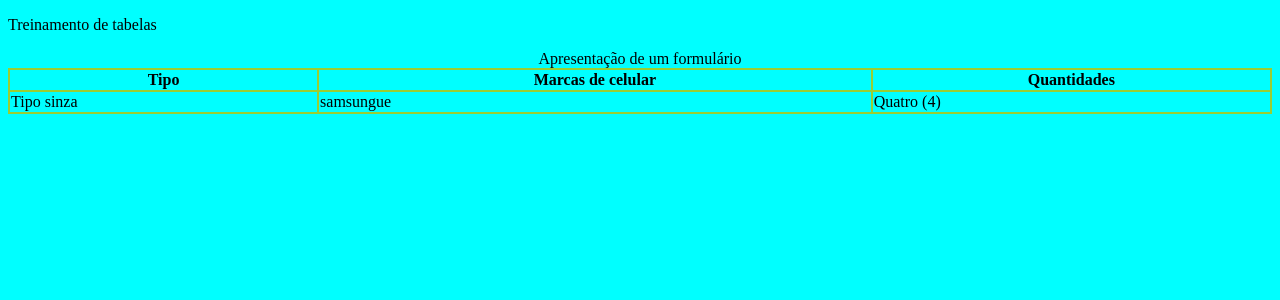
Repository: Vilmar-Freire/ESTUDOS-01-vilmar
Page: workspaces/SO-FIXAÇÃO-HTML/tabela.html
An editor plug-in stored every save of this project. The page is shown before and after the next save, followed by the edit.
The browser window is 1280 px wide. The pictures show the whole page.

Above is the page before, as saved 2026-08-17 13:33:16.

### workspaces/SO-FIXAÇÃO-HTML/tabela.html
<!DOCTYPE html>
<html lang="pt-BR">
<head>
    <meta charset="UTF-8">
    <meta name="language" content="pt-BR">
    <meta name="keywords" content="Programacao, html, css, JavaScript">
    <meta name="author" content="Vilmar Freire">
    <meta name="description" content="Tabelas">
    <link rel="stylesheet" href="./tabela.css">
    <meta name="viewport" content="width=device-width, initial-scale=1.0">
    <title>Tabelas</title>
</head>
<body>
    <p>Treinamento de tabelas</p>
    <table>
        <caption>Apresentação de um formulário</caption>
        <thead>
            <th>Tipo</th>
            <th>Marcas de celular</th>
            <th>Quantidades</th>
        </thead>

        <tbody>
            <tr>
                <td>Tipo sinza</td>
                <td>samsungue</td>
                <td>Quatro (4)</td>
            </tr>
        </tbody>
    </table>
</body>
</html>

### workspaces/SO-FIXAÇÃO-HTML/tabela.css
body{
    background-color: aqua;
}

table th, table td{
    border: 2px solid yellowgreen;
}

table{
    border-collapse: collapse;
    width: 100%;
}

caption{
    font-family: ;
}

After the next save:
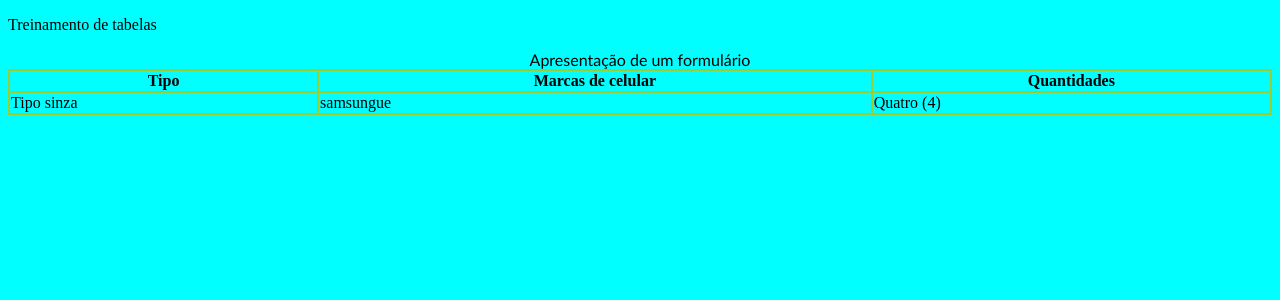
Saved 13 s later.
--- a/workspaces/SO-FIXAÇÃO-HTML/tabela.css
+++ b/workspaces/SO-FIXAÇÃO-HTML/tabela.css
@@ -12,5 +12,5 @@
 }
 
 caption{
-    font-family: ;
+    font-family: 'Gill Sans', 'Gill Sans MT', Calibri, 'Trebuchet MS', sans-serif;
 }

After the save that followed:
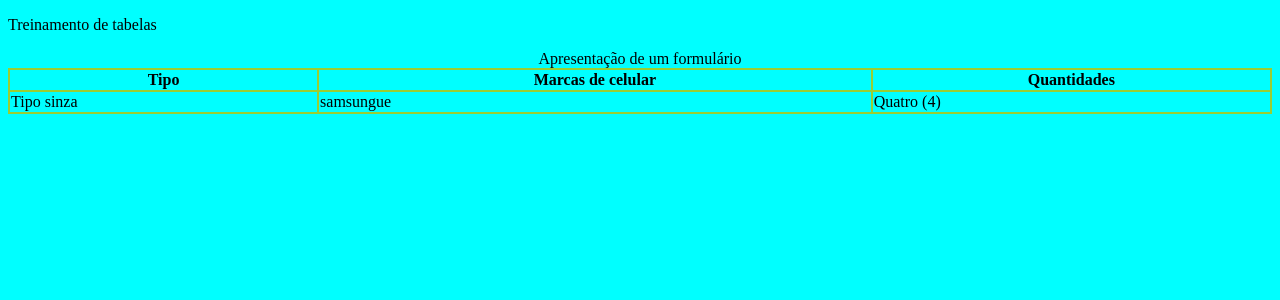
Saved 30 s later.
--- a/workspaces/SO-FIXAÇÃO-HTML/tabela.css
+++ b/workspaces/SO-FIXAÇÃO-HTML/tabela.css
@@ -12,5 +12,5 @@
 }
 
 caption{
-    font-family: 'Gill Sans', 'Gill Sans MT', Calibri, 'Trebuchet MS', sans-serif;
+
 }
